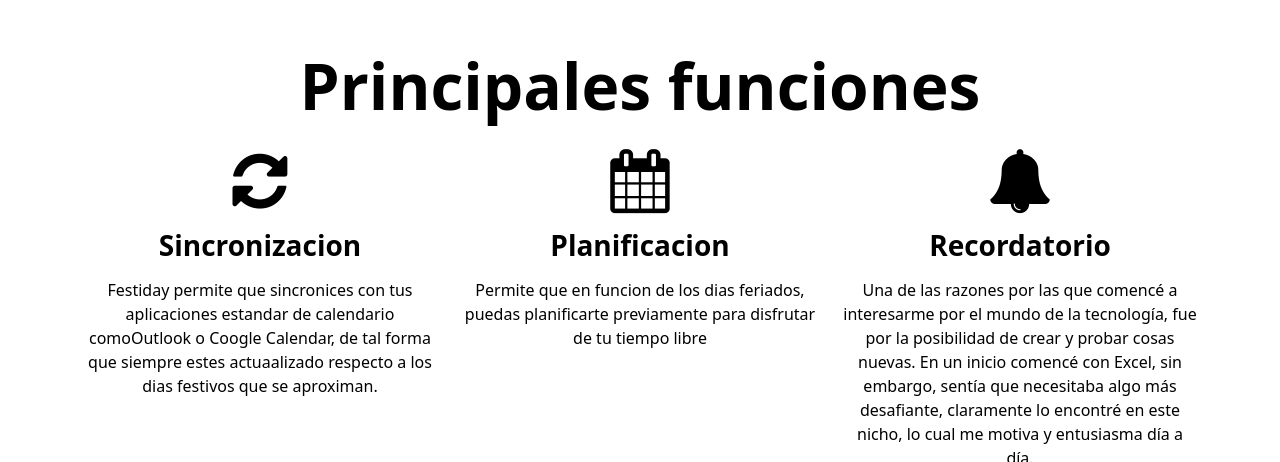
Repository: cvalenciapatagonia/Desafio-4-React-I
Page: /
An editor plug-in stored every save of this project. The page is shown before and after the next save, followed by the edit.
The browser window is 1280 px wide. The pictures show the part of the page from y = 698 to 1160 px (the page is 2123 px tall before and 2051 px after).
Pictures or frames that could not be fetched are drawn as grey boxes. The page's requests for data from a server got no answer. The project was rebuilt for these pictures with package versions that can differ from the ones it lists, and the page was loaded fresh each time. No one was signed in, and anything a server would have sent is missing. Also part of the build but not shown: vite.config.js, src/App.css.

Above is the page before, as saved 2023-09-08 14:45:49.

After the next save:
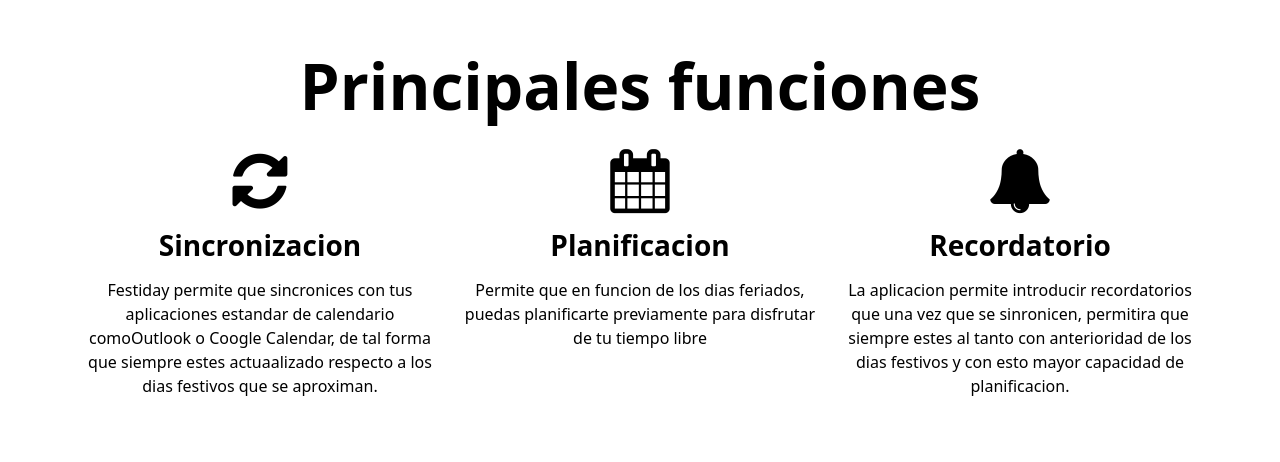
Saved 66 s later.
--- a/src/App.jsx
+++ b/src/App.jsx
@@ -115,11 +115,7 @@ function App() {
           <i className="fa fa-bell fa-4x"></i>
             <h3 className="my-3 fw-bold">Recordatorio</h3>
             <p className="my-3">
-              Una de las razones por las que comencé a interesarme por el mundo
-              de la tecnología, fue por la posibilidad de crear y probar cosas
-              nuevas. En un inicio comencé con Excel, sin embargo, sentía que
-              necesitaba algo más desafiante, claramente lo encontré en este
-              nicho, lo cual me motiva y entusiasma día a día.
+              La aplicacion permite introducir recordatorios que una vez que se sinronicen, permitira que siempre estes al tanto con anterioridad de los dias festivos y con esto mayor capacidad de planificacion.
             </p>
           </div>
         </div>
